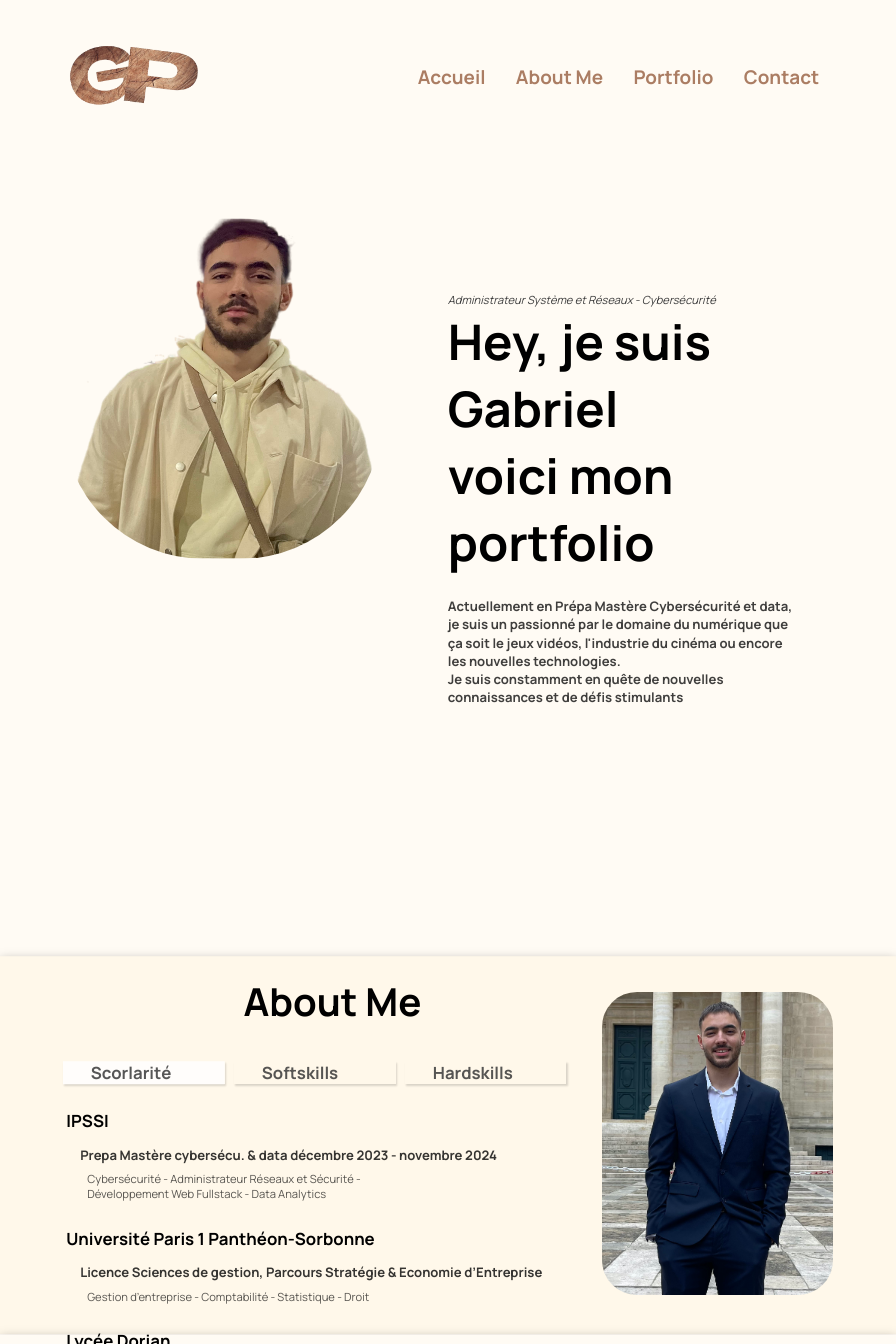
Repository: Gabtorinho25/Portfolio-Web-Site
Page: index.html
These files come from the project's save history. The page is drawn as it stood at one moment and after the next save; the edit follows.
The browser window is 1280 px wide. The pictures show the part of the page from y = 0 to 1920 px (the page is 3958 px tall before and 3726 px after), at 70% of full size.
A picture or video elsewhere on the page could not be fetched, so the positions and the page height are approximate.

Above is the page before, as saved 2024-04-17 15:28:23.

After the next save:
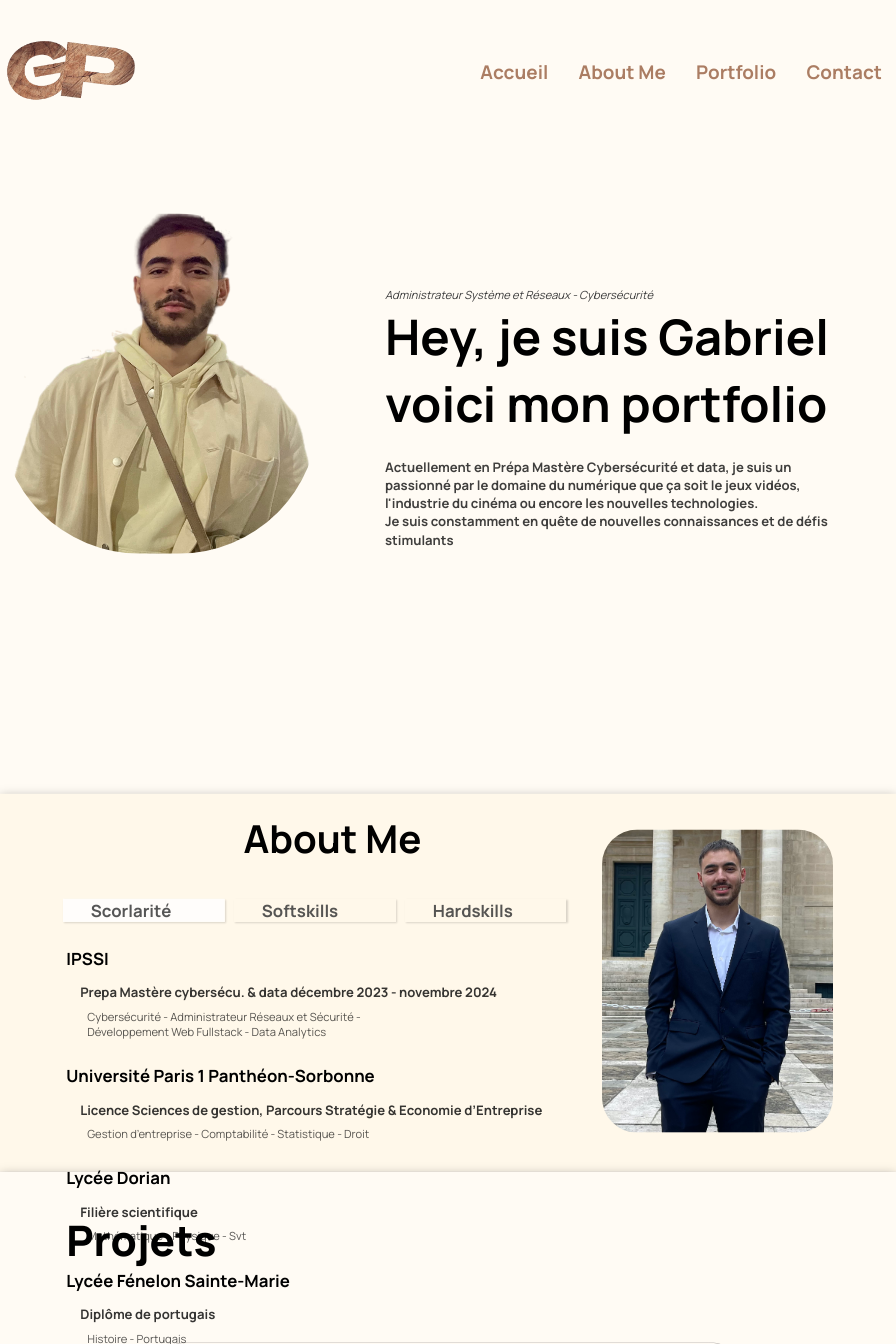
Saved 94 s later.
--- a/index.html
+++ b/index.html
@@ -19,7 +19,7 @@
   </head>
   <body>
     <header>
-      <div class="container relative" id="header">
+      <div class=" relative" id="header">
         <nav>
           <a href="http://127.0.0.1:5500/">
             <img class="logo" src="/Image/Logo.png" alt="logo"
